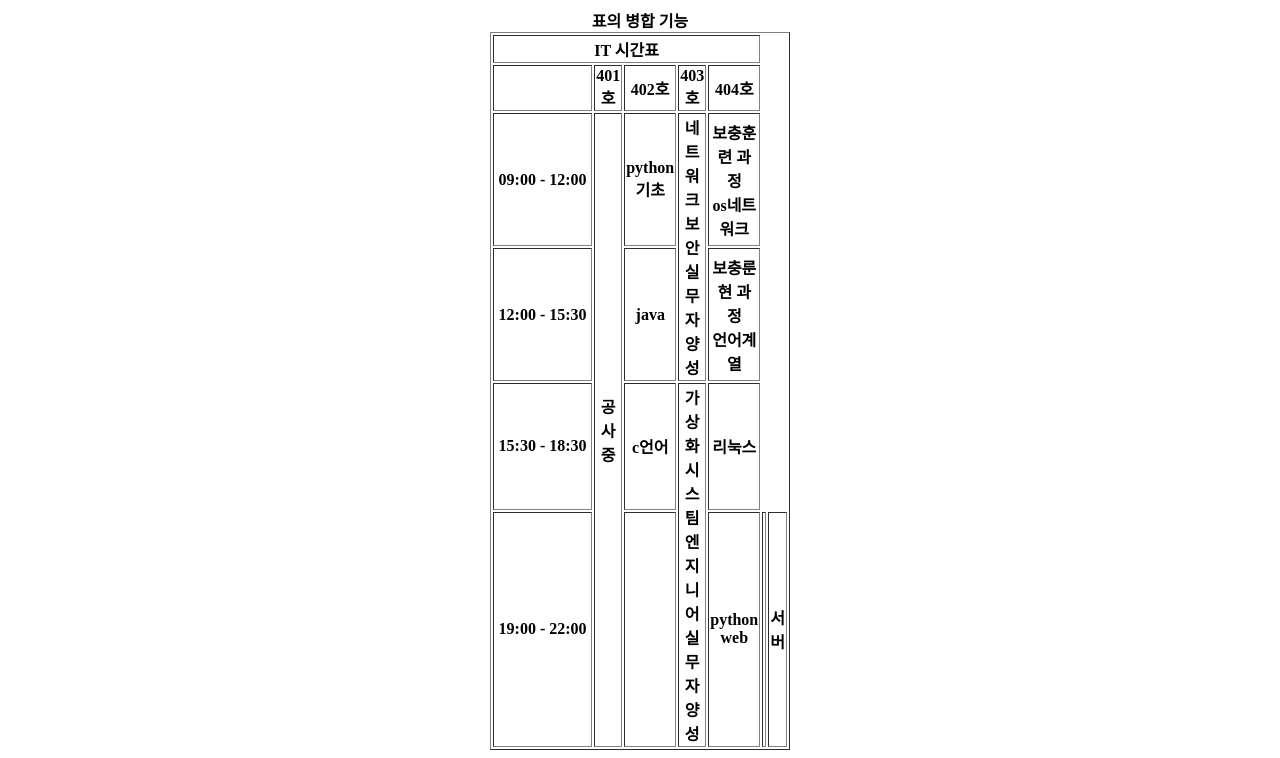
Repository: sika5382/jsp
Page: html/WebContent/NewFile1.html
These files come from the project's save history. The page is drawn as it stood at one moment and after the next save; the edit follows.
The browser window is 1280 px wide. The pictures show the whole page.

Above is the page before, as saved 2020-10-29 06:10:41.

### html/WebContent/NewFile1.html
<!DOCTYPE html>
<html>
<head>
<meta charset="UTF-8">
<title>Insert title here</title>
</head>
<body>

	<table border = "1" align="center" width ="300">

		<caption><b>표의 병합 기능</b></caption>

		<tr>
			<th colspan = "5"> IT 시간표</th>

		</tr>

		<tr>
			<th width ="100"></th>
			<th>401호</th>
			<th>402호</th>
			<th>403호</th>
			<th>404호</th>
		</tr>

		<tr>
			<th width ="100">09:00 - 12:00</th>
			<th rowspan="4">공<br>사<br>중</th>
			<th>python 기초</th>
			<th rowspan="2">네트워크 보안<br>실무자 양성</th>
			<th>보충훈련 과정<br>os네트워크</th>
		</tr>

		<tr>
			<th width ="100">12:00 - 15:30</th>
			<th>java</th>
			<th>보충룬현 과정<br>언어계열</th>
		</tr>


		<tr>
			<th width ="100">15:30 - 18:30</th>
			<th>c언어</th>
			<th rowspan="2">가상화 시스팀 <br> 엔지니어 실무자 양성</th>
			<th>리눅스</th>
		</tr>

		<tr>
			<th width ="100">19:00 - 22:00</th>
			<th ></th>
			<th>python web</th>
			<th></th>
			<th>서버</th>
		</tr>


	</table>


</body>
</html>

After the next save:
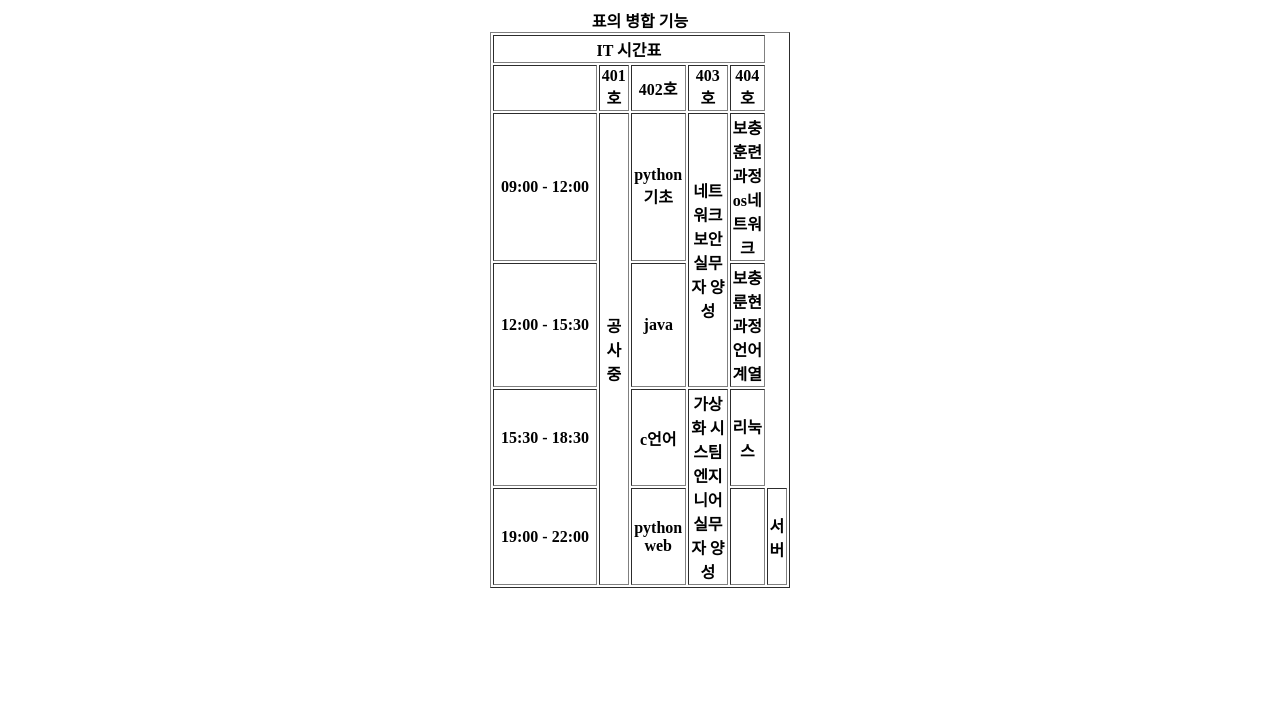
Saved 12 s later.
--- a/html/WebContent/NewFile1.html
+++ b/html/WebContent/NewFile1.html
@@ -47,7 +47,6 @@
 
 		<tr>
 			<th width ="100">19:00 - 22:00</th>
-			<th ></th>
 			<th>python web</th>
 			<th></th>
 			<th>서버</th>
